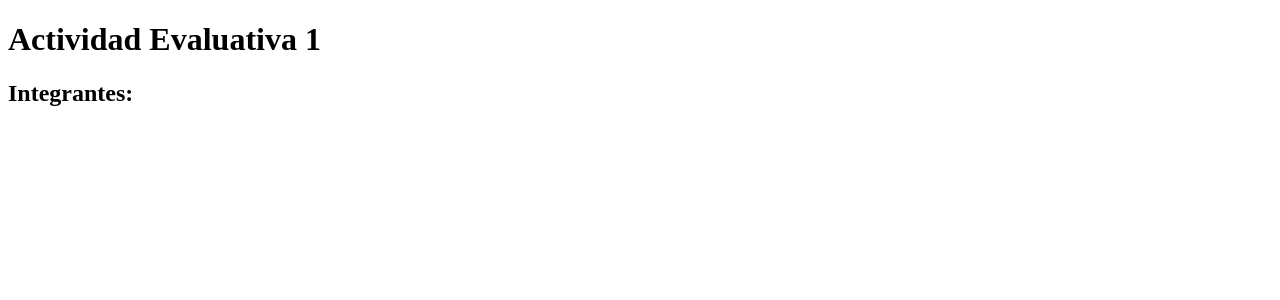
Repository: Laura-Oliveros/Actividad-Evaluativa-1
Page: LauSebas.html
An editor plug-in stored every save of this project. The page is shown before and after a run of saves, followed by the edit.
The browser window is 1280 px wide. The pictures show the whole page.

Above is the page before, as saved 2025-09-04 18:45:58.

### LauSebas.html
<!DOCTYPE html>
<html lang="en">
<head>
    <meta charset="UTF-8">
    <meta name="viewport" content="width=device-width, initial-scale=1.0">
    <title>Actividad Evaluativa 1</title>
</head>
<body>
    <h1>Actividad Evaluativa 1</h1>
    <h2>Integrantes:</h2>


</body>
</html>

After the next 5 saves:
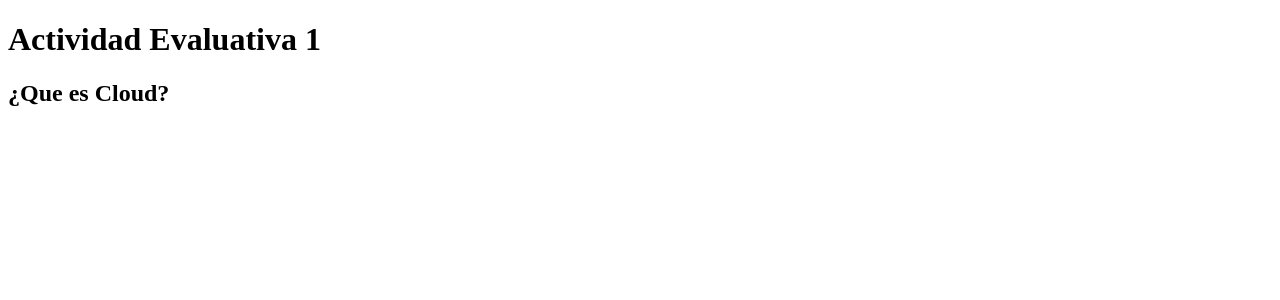
The 5 saves are shown as one change because they came seconds apart.
The last was saved 23 s later.
--- a/LauSebas.html
+++ b/LauSebas.html
@@ -7,7 +7,8 @@
 </head>
 <body>
     <h1>Actividad Evaluativa 1</h1>
-    <h2>Integrantes:</h2>
+    <h2>¿Que es Cloud?</h2>
+
 
 
 </body>
